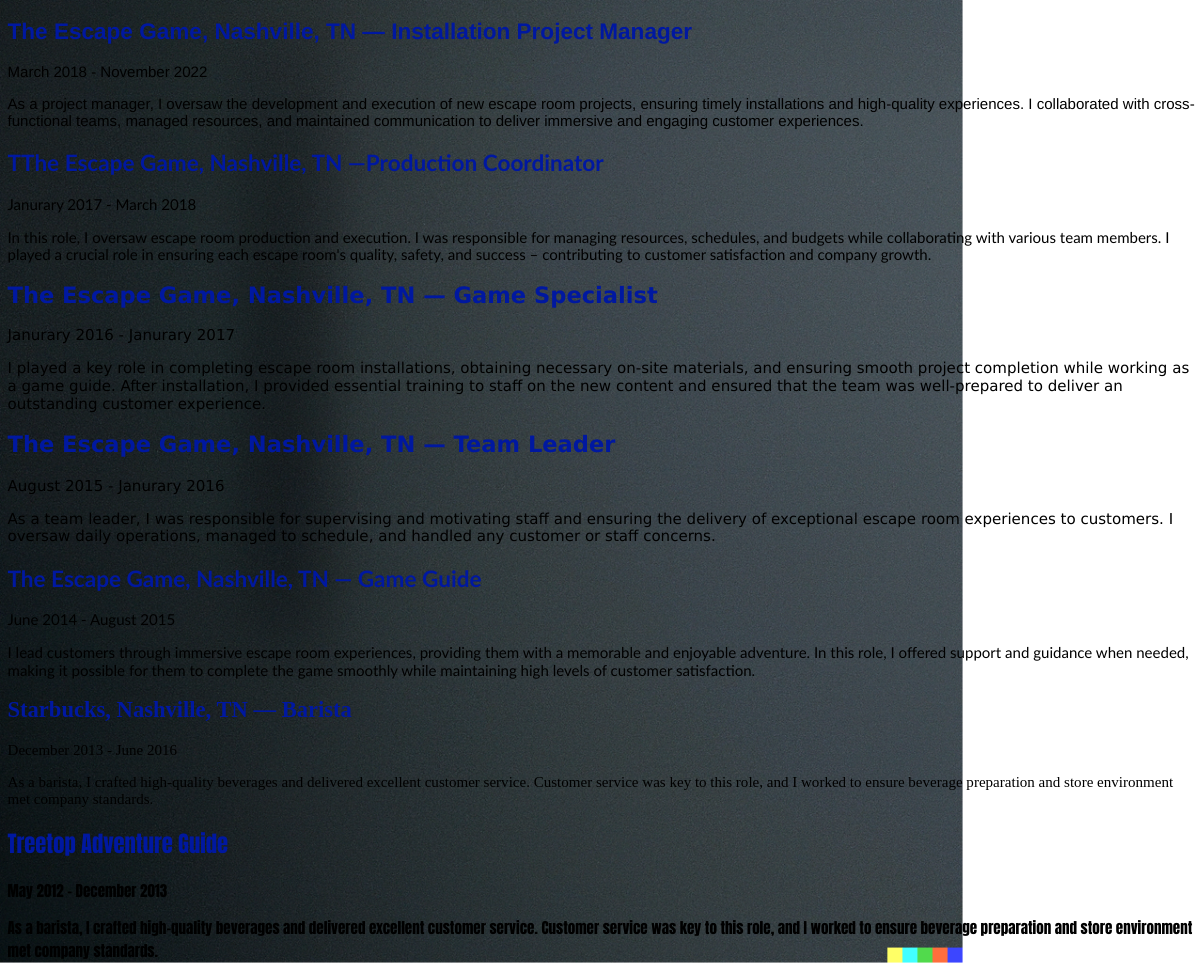
Repository: jgramirez0210/LAB-HTML-Resume
Page: index.html
These files come from the project's save history. The page is drawn as it stood at one moment and after a run of saves; the edit follows.
The browser window is 1280 px wide. The pictures show the whole page, at 94% of full size.

Above is the page before, as saved 2023-10-10 15:27:28.

After the next 2 saves:
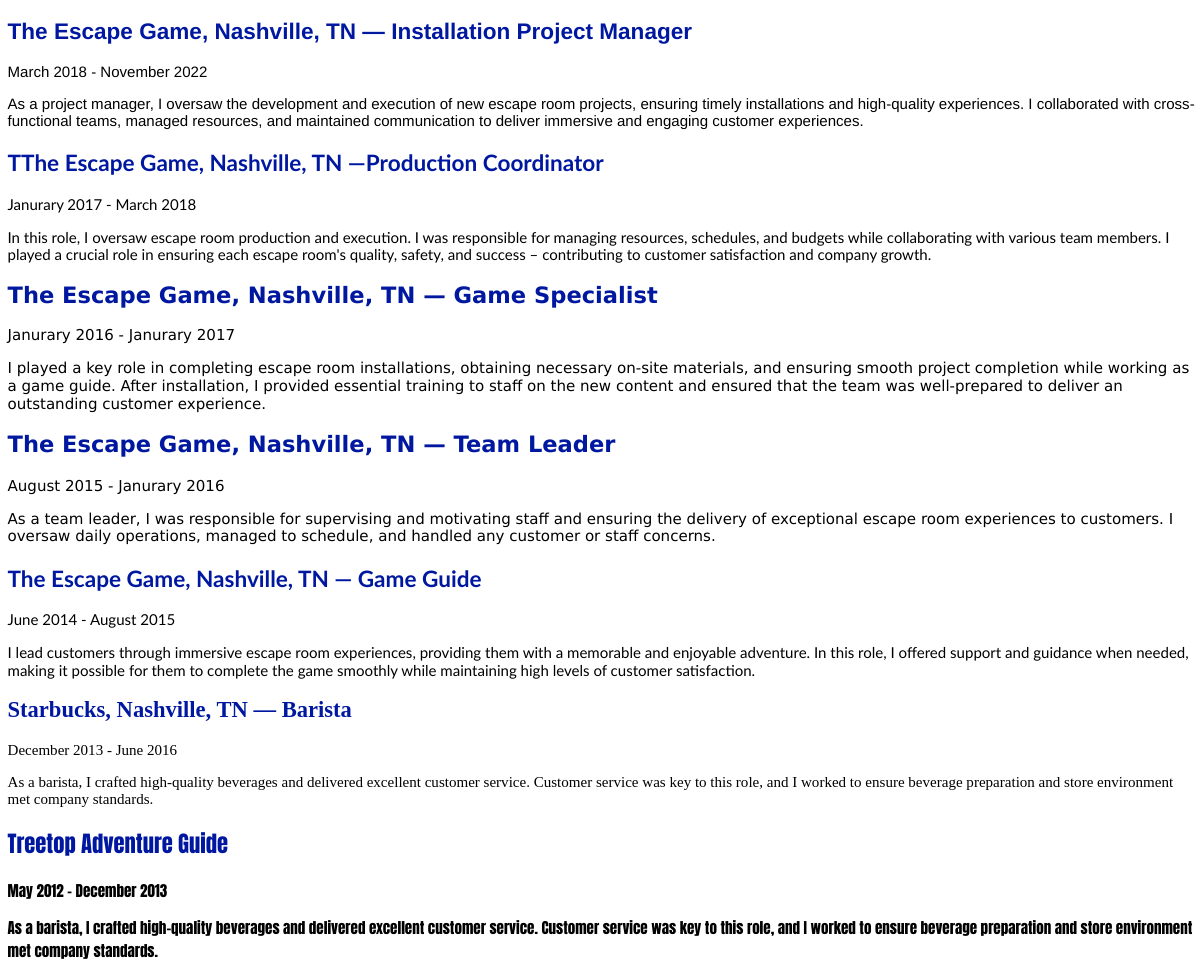
The 2 saves are shown as one change because they came seconds apart.
The last was saved 26 s later.
--- a/main.css
+++ b/main.css
@@ -23,7 +23,5 @@
   color: #0018a0;
 }
 body {
-  background-image: url('media/background.png');
-  background-repeat: no-repeat;
-  background-size: fill;
+background-color: ;
 }
